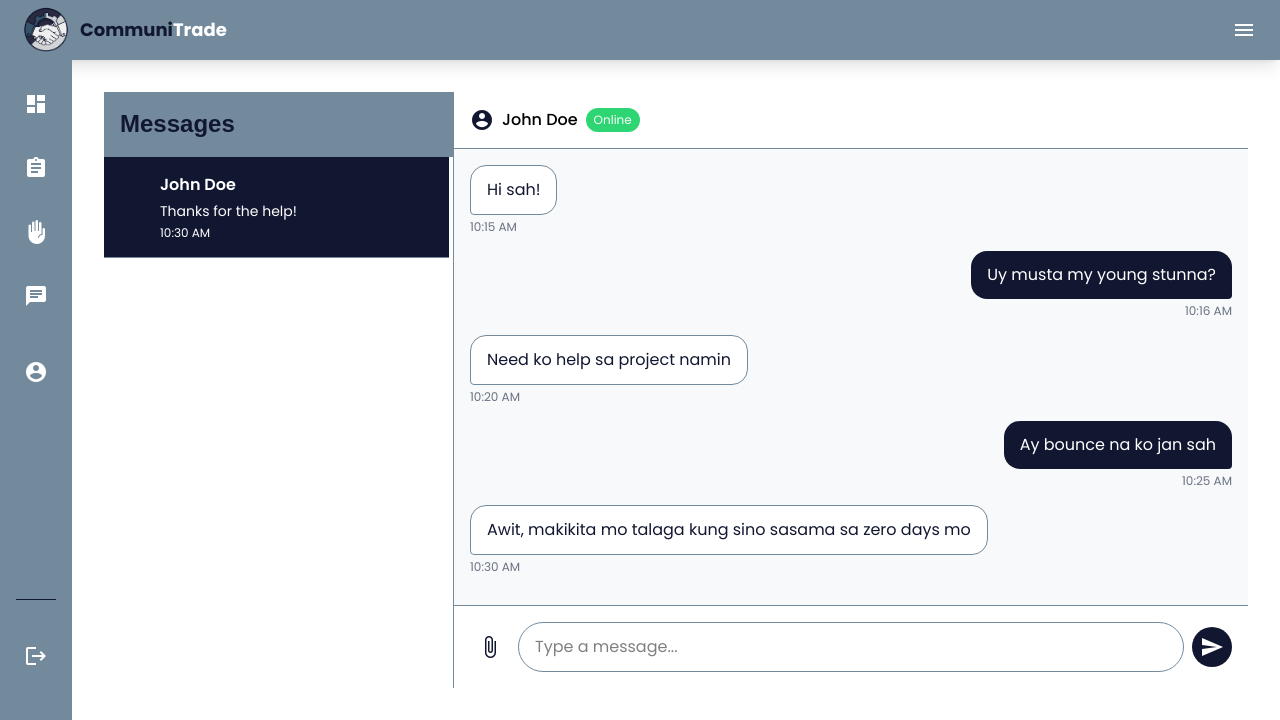
Repository: wholaanmo/communitrade_app
Page: /user/message
The author's editor kept a copy of each file at every save. The page is drawn from the files as they stood at one save, then again after the next save.
The browser window is 1280 px wide. The pictures show the whole page.
The project was rebuilt for these pictures with package versions that can differ from the ones it lists, and the page was loaded fresh each time. Some packages were replaced by stand-ins written for this rebuild. The framework's server and built-in components were replaced by stand-ins that run in the browser. Also part of the build but not shown: next.config.mjs, components/atoms/Card.js, components/molecules/Modal.js.

Above is the page before, as saved 2025-11-25 19:51:58.

After the next save:
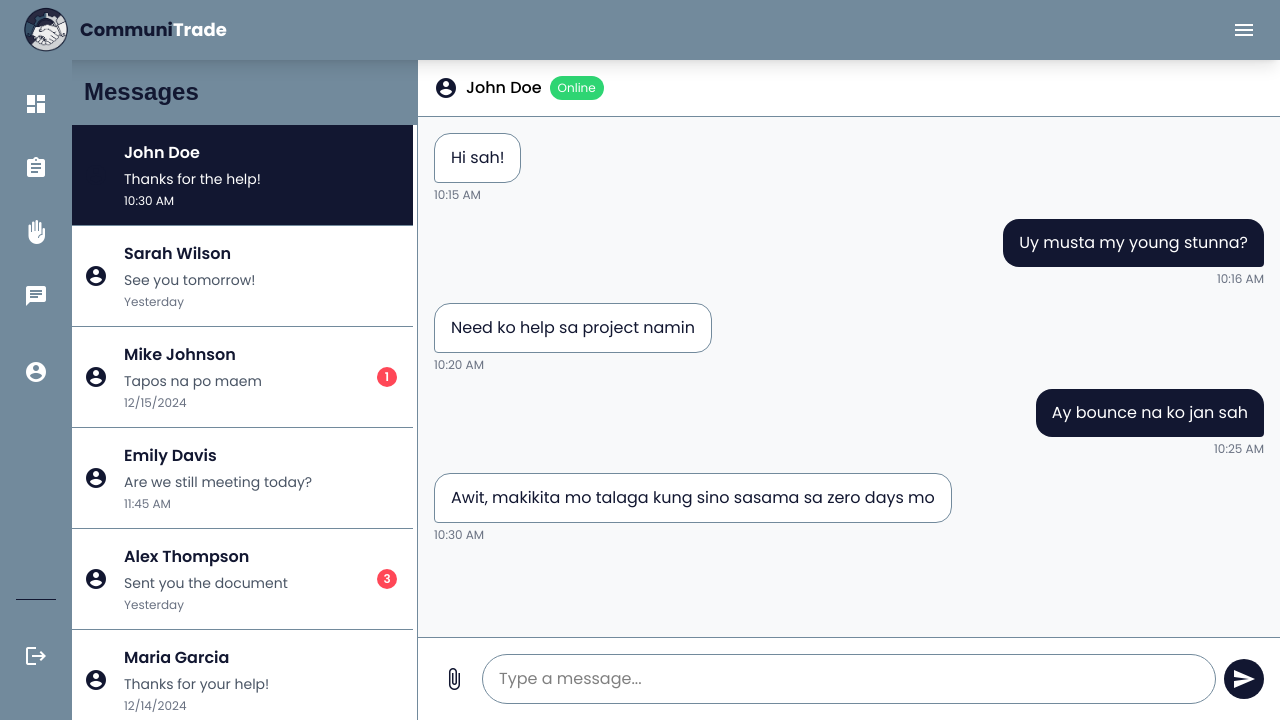
Saved 14 s later.
--- a/app/user/message/page.js
+++ b/app/user/message/page.js
@@ -31,7 +31,101 @@ export default function MessagePage() {
         { id: 5, content: 'Awit, makikita mo talaga kung sino sasama sa zero days mo', sender: 'them', time: '10:30 AM' }
       ]
     },
-    // ... rest of your conversations data remains the same
+    {
+      id: 2,
+      userName: 'Sarah Wilson',
+      lastMessage: 'See you tomorrow!',
+      timestamp: 'Yesterday',
+      unreadCount: 0,
+      status: 'offline',
+      messages: [
+        { id: 1, content: 'Meeting tomorrow at 3 PM', sender: 'them', time: 'Yesterday' },
+        { id: 2, content: 'Owkie dowkie', sender: 'me', time: 'Yesterday' }
+      ]
+    },
+    {
+      id: 3,
+      userName: 'Mike Johnson',
+      lastMessage: 'Tapos na po maem',
+      timestamp: '12/15/2024',
+      unreadCount: 1,
+      status: 'online',
+      messages: [
+        { id: 1, content: 'The files you requested are ready for review', sender: 'them', time: '12/15/2024' }
+      ]
+    },
+    {
+      id: 4,
+      userName: 'Emily Davis',
+      lastMessage: 'Are we still meeting today?',
+      timestamp: '11:45 AM',
+      unreadCount: 0,
+      status: 'online',
+      messages: [
+        { id: 1, content: 'Hey, are you available for a quick call?', sender: 'them', time: '11:30 AM' },
+        { id: 2, content: 'Sure, what time works for you?', sender: 'me', time: '11:35 AM' }
+      ]
+    },
+    {
+      id: 5,
+      userName: 'Alex Thompson',
+      lastMessage: 'Sent you the document',
+      timestamp: 'Yesterday',
+      unreadCount: 3,
+      status: 'online',
+      messages: [
+        { id: 1, content: 'Can you review this document when you have time?', sender: 'them', time: 'Yesterday' },
+        { id: 2, content: 'Of course, send it over', sender: 'me', time: 'Yesterday' }
+      ]
+    },
+    {
+      id: 6,
+      userName: 'Maria Garcia',
+      lastMessage: 'Thanks for your help!',
+      timestamp: '12/14/2024',
+      unreadCount: 0,
+      status: 'offline',
+      messages: [
+        { id: 1, content: 'I really appreciate your assistance with the project', sender: 'them', time: '12/14/2024' },
+        { id: 2, content: 'Happy to help anytime!', sender: 'me', time: '12/14/2024' }
+      ]
+    },
+    {
+      id: 7,
+      userName: 'David Chen',
+      lastMessage: 'Lets catch up soon',
+      timestamp: '12/13/2024',
+      unreadCount: 1,
+      status: 'online',
+      messages: [
+        { id: 1, content: 'Long time no see! How have you been?', sender: 'them', time: '12/13/2024' },
+        { id: 2, content: 'Doing great! We should definitely meet up', sender: 'me', time: '12/13/2024' }
+      ]
+    },
+    {
+      id: 8,
+      userName: 'Lisa Rodriguez',
+      lastMessage: 'The package arrived',
+      timestamp: '12/12/2024',
+      unreadCount: 0,
+      status: 'offline',
+      messages: [
+        { id: 1, content: 'Just wanted to let you know the package arrived safely', sender: 'them', time: '12/12/2024' },
+        { id: 2, content: 'Great! Thanks for the update', sender: 'me', time: '12/12/2024' }
+      ]
+    },
+    {
+      id: 9,
+      userName: 'Kevin Wilson',
+      lastMessage: 'Check this out!',
+      timestamp: '12/11/2024',
+      unreadCount: 2,
+      status: 'online',
+      messages: [
+        { id: 1, content: 'Found this interesting article you might like', sender: 'them', time: '12/11/2024' },
+        { id: 2, content: 'Looks cool, Ill read it later', sender: 'me', time: '12/11/2024' }
+      ]
+    }
   ]);
 
   const scrollToBottom = () => {
@@ -175,7 +269,7 @@ export default function MessagePage() {
   }, []);
 
   return (
-    <div className="message-page w-full h-full flex bg-[#ffffff] overflow-hidden">
+    <div className="message-page fixed top-15 left-0 sm:left-[68px] right-0 bottom-0 flex bg-[#ffffff] overflow-hidden">
       {/* Sidebar with conversation list */}
       <div className={`conversation-sidebar bg-white border-r border-[#728a9c] flex flex-col transition-all duration-300 overflow-hidden ${
         !isSidebarExpanded ? 'sidebar-collapsed w-0 md:w-[60px]' : 'w-full md:w-[350px]'
